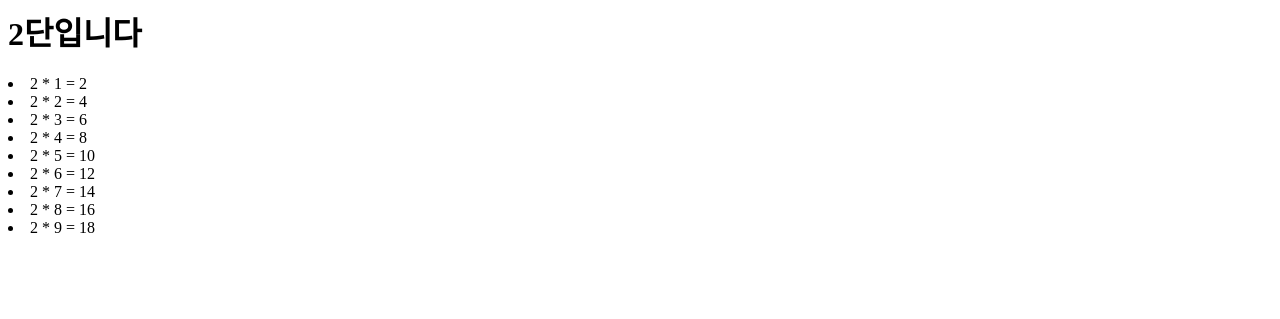
Repository: jwjb1020/Java_tomcat_jsp
Page: http://localhost/ServletStudy/gugudan1
The author's editor kept a copy of each file at every save. The page is drawn from the files as they stood at one save, then again after the next save.
The browser window is 1280 px wide. The pictures show the whole page.
The page is served by Tomcat 9. Other server files are loaded and not shown.

Above is the page before, as saved 2023-05-11 06:16:39.

### ServletStudy/src/main/java/edu/pnu/servlet/GugudanServelet.java
package edu.pnu.servlet;

import java.io.IOException;
import java.io.PrintWriter;

import javax.servlet.ServletException;
import javax.servlet.annotation.WebServlet;
import javax.servlet.http.HttpServlet;
import javax.servlet.http.HttpServletRequest;
import javax.servlet.http.HttpServletResponse;
@WebServlet("/gugudan1")
public class GugudanServelet extends HttpServlet {

	private static final long serialVersionUID = 1L;

	@Override
	protected void doGet(HttpServletRequest req, HttpServletResponse resp) throws ServletException, IOException {
		resp.setContentType("text/html; charset=UTF-8");
		String type = req.getParameter("type");
		String snum = req.getParameter("num");
		int num = 2;
		if (snum != null) {
			num = Integer.parseInt(snum);
		}
		try (PrintWriter out = resp.getWriter();) {
			out.printf("<h1>%d단입니다</h1>",num);

			int res = 0;
			for (int i = 1; i <=9; i++) {
				res = num*i;
				out.printf("<li> %d * %d = %d </li>", num,i,res);

			}

			out.println();
			out.close();

		} catch (IOException e) {
			e.printStackTrace();
		}

	}
}

After the next save:
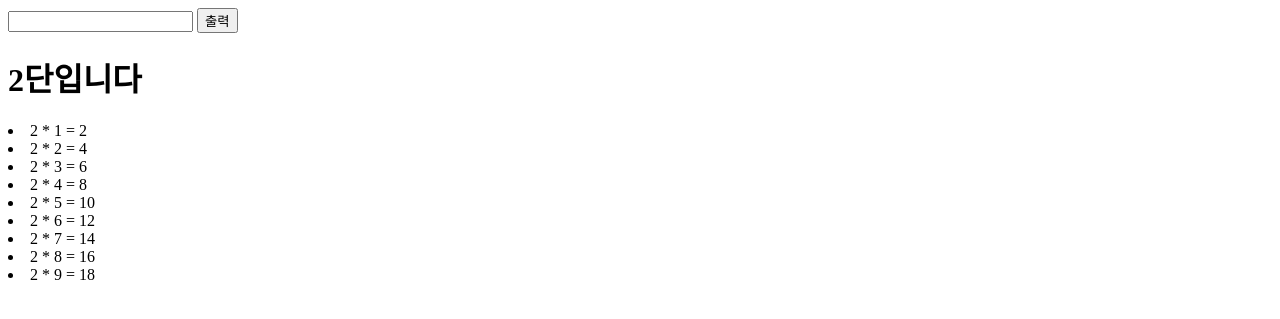
Saved 4 min 18 s later.
--- a/ServletStudy/src/main/java/edu/pnu/servlet/GugudanServelet.java
+++ b/ServletStudy/src/main/java/edu/pnu/servlet/GugudanServelet.java
@@ -23,6 +23,7 @@ public class GugudanServelet extends HttpServlet {
 			num = Integer.parseInt(snum);
 		}
 		try (PrintWriter out = resp.getWriter();) {
+			out.print("<input type = number/> <button> 출력 </button>");
 			out.printf("<h1>%d단입니다</h1>",num);
 
 			int res = 0;
